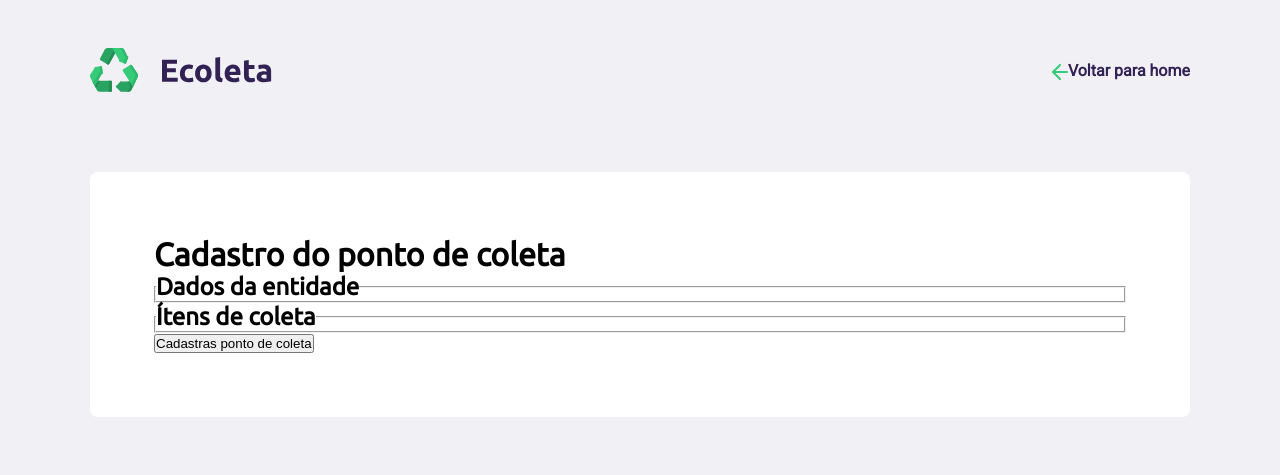
Repository: ivobass/NextLevelWeek
Page: create-point.html
These files come from the project's save history. The page is drawn as it stood at one moment and after the next save; the edit follows.
The browser window is 1280 px wide. The pictures show the whole page.

Above is the page before, as saved 2020-06-02 23:19:37.

After the next save:
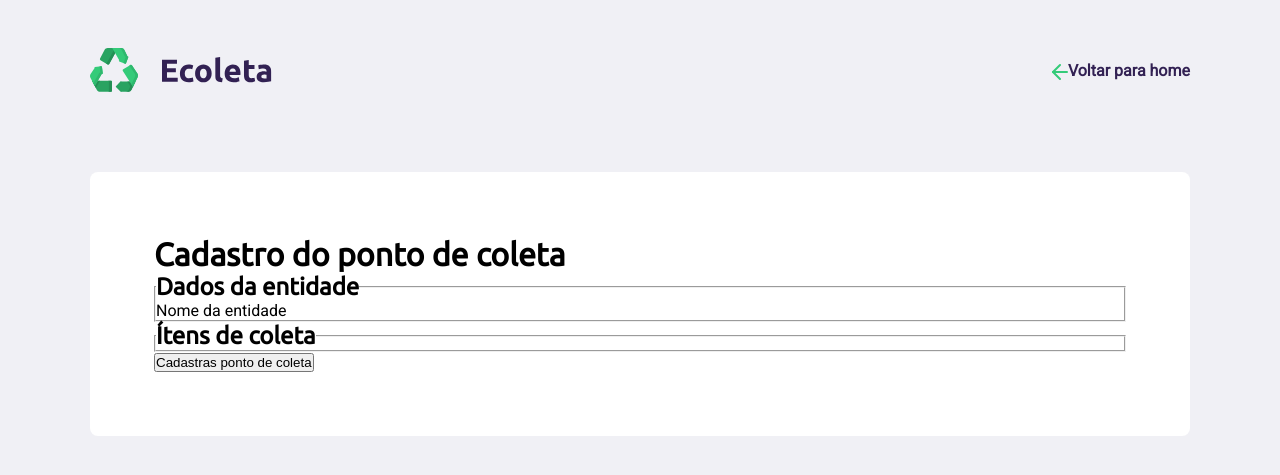
Saved 17 s later.
--- a/create-point.html
+++ b/create-point.html
@@ -34,6 +34,8 @@
                     <h2>Dados da entidade</h2>
                 </legend>
                 <div class="field">
+                    <label for="">Nome da entidade</label>
+
 
                 </div>
 
